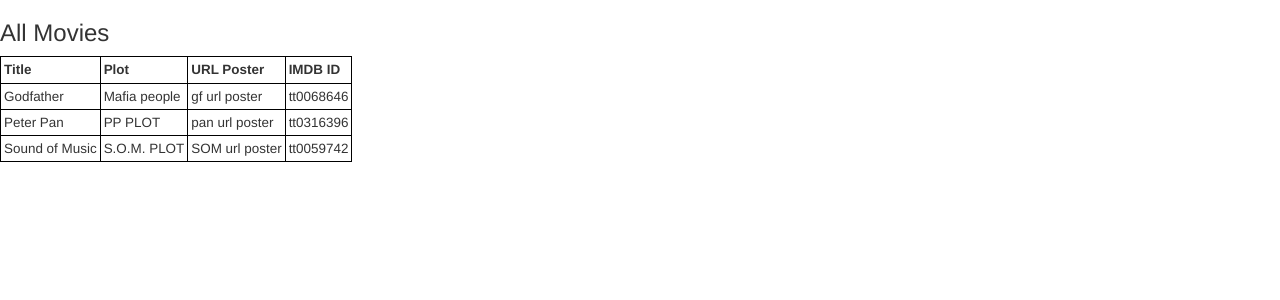
Repository: gitsana/JoseAnnunziato
Page: MyRestfulService/WebContent/movies.html
An editor plug-in stored every save of this project. The page is shown before and after the next save, followed by the edit.
The browser window is 1280 px wide. The pictures show the whole page.
The page's requests for data from a server got no answer.

Above is the page before, as saved 2015-10-02 03:11:15.

After the next save:
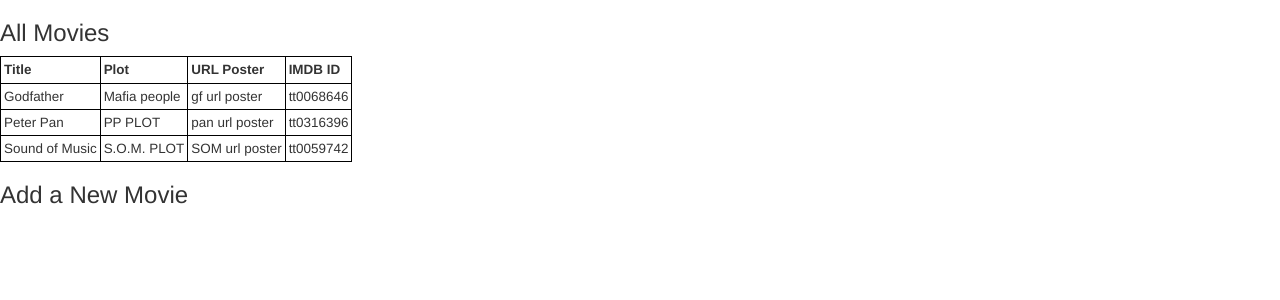
Saved 116 s later.
--- a/MyRestfulService/WebContent/movies.html
+++ b/MyRestfulService/WebContent/movies.html
@@ -25,6 +25,10 @@
 		<th>IMDB ID</th>
 	</tr>
 </table>
+
+<h3>Add a New Movie</h3>
+
+
 <div id="div1"></div>
 
 <script src="jquery/jquery-1.11.3.js"></script>
